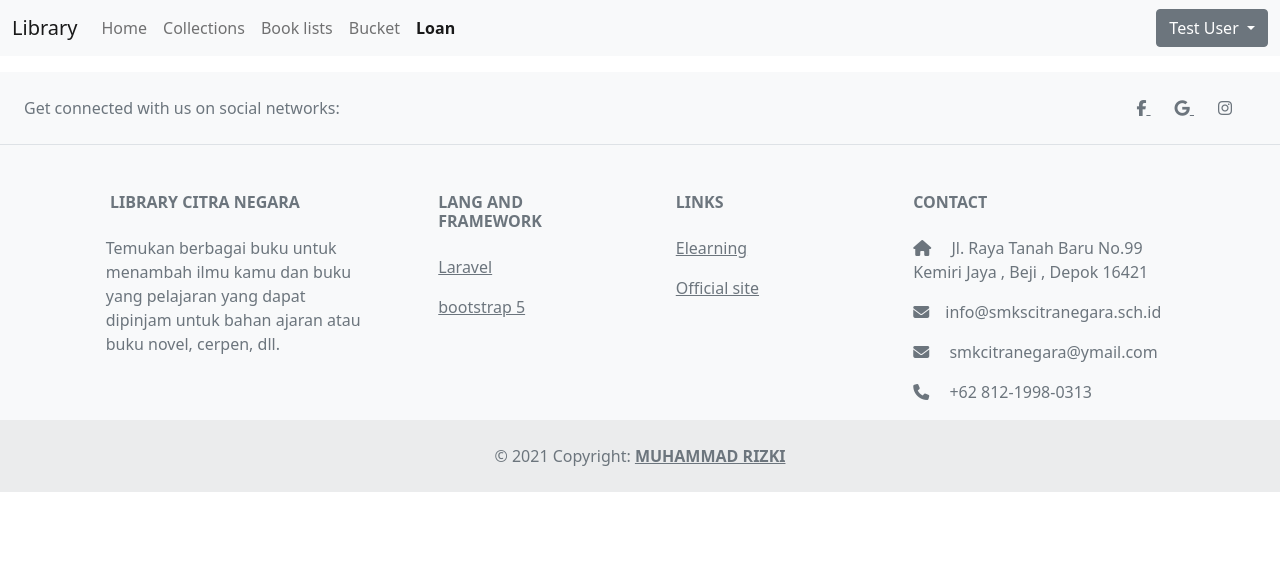
Repository: humanrizki/app-perpus-laravel-8
Page: http://localhost/loan
These files come from the project's save history. The page is drawn as it stood at one moment and after the next save; the edit follows.
The browser window is 1280 px wide. The pictures show the whole page.
Some web libraries are served in a nearby version. The page is served by the project's Laravel application, run on PHP 8.4 with Laravel 8. A made-up administrator, Test User (test@example.com), is signed in. Other server files are loaded and not shown. Queries for data that is not in the repository find no rows.

Above is the page before, as saved 2021-12-01 15:32:08.

### routes/web.php
<?php

use App\Http\Controllers\BucketController;
use App\Http\Controllers\CollectionController;
use App\Http\Controllers\ListsController;
use App\Http\Controllers\LoanController;
use App\Http\Controllers\ProfileController;
use Illuminate\Support\Facades\Route;

/*
|--------------------------------------------------------------------------
| Web Routes
|--------------------------------------------------------------------------
|
| Here is where you can register web routes for your application. These
| routes are loaded by the RouteServiceProvider within a group which
| contains the "web" middleware group. Now create something great!
|
*/

Route::get('/', function () {
    return view('welcome');
});

Auth::routes();

Route::get('/home', [App\Http\Controllers\HomeController::class, 'index'])->name('home');
Route::get('/collections',[CollectionController::class,'index'])->name('collections');
Route::get('/collections/{collection:slug}',[CollectionController::class,'show']);
Route::get('/lists',[ListsController::class,'index'])->name('lists');
Route::get('/lists/{list:slug}',[ListsController::class,'show']);
Route::post('/lists/{list:slug}',[ListsController::class,'store']);
Route::get('/profile',[ProfileController::class,'index'])->name('profile');
Route::get('/profile/{user:username}/edit',[ProfileController::class,'show']);
Route::post('/profile/{user:username}/edit',[ProfileController::class,'update']);
Route::get('/bucket',[BucketController::class,'index'])->name('bucket');
Route::delete('/bucket/{bucket:id}',[BucketController::class,'destroy']);
Route::get('/bucket/{bucket:slug}',[BucketController::class,'show']);
Route::post('/bucket/{bucket:slug}',[BucketController::class,'store']);
Route::get('/loan',[LoanController::class,'index'])->name('loan');

### app/Models/User.php
<?php

namespace App\Models;

use Illuminate\Contracts\Auth\MustVerifyEmail;
use Illuminate\Database\Eloquent\Factories\HasFactory;
use Illuminate\Foundation\Auth\User as Authenticatable;
use Illuminate\Notifications\Notifiable;
use Laravel\Sanctum\HasApiTokens;

class User extends Authenticatable
{
    use HasApiTokens, HasFactory, Notifiable;

    /**
     * The attributes that are mass assignable.
     *
     * @var string[]
     */
    // protected $fillable = [
    //     'name',
    //     'email',
    //     'password',
    // ];
    protected $guarded = ['id'];
    /**
     * The attributes that should be hidden for serialization.
     *
     * @var array
     */
    protected $hidden = [
        'password',
        'remember_token',
    ];

    /**
     * The attributes that should be cast.
     *
     * @var array
     */
    protected $casts = [
        'email_verified_at' => 'datetime',
    ];
}

### app/Http/Controllers/LoanController.php
<?php

namespace App\Http\Controllers;

use App\Models\LoanReport;
use Illuminate\Http\Request;

class LoanController extends Controller
{
    //
    /**
     * Class constructor.
     */
    public function __construct()
    {
        $this->middleware('auth');
    }
    public function index(){
        return view('loan.index',[
            'title'=>'Loan page',
            'loans'=>LoanReport::where('user_id',
                    auth()->user()->id)->get()
        ]);
    }
}

### app/Models/LoanReport.php
<?php

namespace App\Models;

use Illuminate\Database\Eloquent\Factories\HasFactory;
use Illuminate\Database\Eloquent\Model;

class LoanReport extends Model
{
    use HasFactory;
    protected $guarded = ['id'];
    public function book(){
        return $this->belongsTo(Book::class);
    }
    public function admin(){
        return $this->belongsTo(Admin::class);
    }
    public function user(){
        return $this->belongsTo(User::class);
    }
}

### resources/views/loan/index.blade.php
@extends('layouts.capp')
@section('content')
    <div class="container my-3">

    </div>
@endsection

### resources/views/layouts/capp.blade.php
<!doctype html>
<html lang="en">
  <head>
    <meta charset="utf-8" />
    <meta http-equiv="X-UA-Compatible" content="IE=edge,chrome=1" />
    <meta content='width=device-width, initial-scale=1.0, maximum-scale=1.0, user-scalable=0, shrink-to-fit=no' name='viewport' />
    <title>{{ $title }}</title>

    <!--     Fonts and icons     -->
    <link href="https://fonts.googleapis.com/css?family=Montserrat:400,700,200" rel="stylesheet" />
    <script src="https://kit.fontawesome.com/43727f9558.js" crossorigin="anonymous"></script>
    <style>
      *,body{
        margin: 0px;
        padding: 0px;
      }
    </style>
    @if (request()->is('home'))
        <link rel="stylesheet" href="css/home.css">
    @endif
    <link href="https://cdn.jsdelivr.net/npm/bootstrap@5.0.2/dist/css/bootstrap.min.css" rel="stylesheet" integrity="sha384-EVSTQN3/azprG1Anm3QDgpJLIm9Nao0Yz1ztcQTwFspd3yD65VohhpuuCOmLASjC" crossorigin="anonymous">
    {{-- <link rel="stylesheet" href="css/ul.css"> --}}
  </head>
  <body>
    @include('partials.header')
    @yield('content')
    @include('partials.footer')
    <!--   Core JS Files   -->
    <script src="https://cdn.jsdelivr.net/npm/bootstrap@5.0.2/dist/js/bootstrap.bundle.min.js" integrity="sha384-MrcW6ZMFYlzcLA8Nl+NtUVF0sA7MsXsP1UyJoMp4YLEuNSfAP+JcXn/tWtIaxVXM" crossorigin="anonymous"></script>
  </body>
</html>

### resources/views/partials/header.blade.php

<nav class="navbar navbar-expand-lg navbar-light bg-light">
    <div class="container-fluid">
      <a class="navbar-brand" href="/home">Library</a>
      <button class="navbar-toggler" type="button" data-bs-toggle="collapse" data-bs-target="#navbarSupportedContent" aria-controls="navbarSupportedContent" aria-expanded="false" aria-label="Toggle navigation">
        <span class="navbar-toggler-icon"></span>
      </button>
      <div class="collapse navbar-collapse" id="navbarSupportedContent">
        <ul class="navbar-nav me-auto mb-2 mb-lg-0">
          <li class="nav-item">
            <a class="nav-link {{ (request()->is('home')) ? 'active fw-bold':'';}}" aria-current="page" href="/home">Home</a>
          </li>
          <li class="nav-item ">
            <a class="nav-link {{ (request()->is('collections*')) ? 'active fw-bold':'';}}" href="/collections">Collections</a>
          </li>
          <li class="nav-item">
            <a class="nav-link {{ (request()->is('lists*')) ? 'active fw-bold':'';}}" href="/lists">Book lists</a>
          </li>
          <li class="nav-item">
            <a class="nav-link {{ (request()->is('bucket*')) ? 'active fw-bold':'';}}" href="/bucket">Bucket</a>
          </li>
          <li class="nav-item">
            <a class="nav-link {{ (request()->is('loan*')) ? 'active fw-bold':'';}}" href="/loan">Loan</a>
          </li>
        </ul>
        @auth
        <div class="dropdown">
          <button class="btn btn-secondary dropdown-toggle" type="button" id="dropdownMenuButton1" data-bs-toggle="dropdown" aria-expanded="false">
            {{ auth()->user()->name }}
          </button>
          <ul class="dropdown-menu" aria-labelledby="dropdownMenuButton1">
            <li><a class="dropdown-item" href="/profile">Profile</a></li>
            <form action="/logout" method="POST">
              @csrf
              <li class="dropdown-item"><button class="btn btn-danger w-100" type="submit">Logout</button></li>
            </form>
          </ul>
        </div>
        @else
        <div class="container-login">
            <a href="/login" class="btn btn-success">Login</a>
        </div>
        @endauth
      </div>
    </div>
  </nav>

### resources/views/partials/footer.blade.php
<footer class="text-center text-lg-start bg-light text-muted">
    <!-- Section: Social media -->
    <section
      class="d-flex justify-content-center justify-content-lg-between p-4 border-bottom"
    >
      <!-- Left -->
      <div class="me-5 d-none d-lg-block">
        <span>Get connected with us on social networks:</span>
      </div>
      <!-- Left -->

      <!-- Right -->
      <div>
        <a href="https://facebook.com/smkcitranegaraofficial" class="me-4 text-reset">
          <i class="fab fa-facebook-f"></i>
        </a>

        <a href="https://sekolah.data.kemdikbud.go.id/index.php/chome/profil/a3b930a7-c409-426b-a5ab-7aaed2a25c9f" class="me-4 text-reset">
          <i class="fab fa-google"></i>
        </a>
        <a href="https://instagram.com/smkcitranegaradepok/" class="me-4 text-reset">
          <i class="fab fa-instagram"></i>
        </a>

      </div>
      <!-- Right -->
    </section>
    <!-- Section: Social media -->

    <!-- Section: Links  -->
    <section class="">
      <div class="container text-center text-md-start mt-5">
        <!-- Grid row -->
        <div class="row mt-3">
          <!-- Grid column -->
          <div class="col-md-3 col-lg-4 col-xl-3 mx-auto mb-4">
            <!-- Content -->
            <h6 class="text-uppercase fw-bold mb-4">
              <img src="img/logo.png" alt="" width="50"> Library Citra Negara
            </h6>
            <p>
              Temukan berbagai buku untuk menambah ilmu kamu dan buku yang pelajaran
              yang dapat dipinjam untuk bahan ajaran atau buku novel, cerpen, dll.
            </p>
          </div>
          <!-- Grid column -->

          <!-- Grid column -->
          <div class="col-md-2 col-lg-2 col-xl-2 mx-auto mb-4">
            <!-- Links -->
            <h6 class="text-uppercase fw-bold mb-4">
              Lang and Framework
            </h6>
            <p>
              <a href="https://laravel.com" class="text-reset">Laravel</a>
            </p>
            <p>
              <a href="https://getbootstrap.com" class="text-reset">bootstrap 5</a>
            </p>

          </div>
          <!-- Grid column -->

          <!-- Grid column -->
          <div class="col-md-3 col-lg-2 col-xl-2 mx-auto mb-4">
            <!-- Links -->
            <h6 class="text-uppercase fw-bold mb-4">
             links
            </h6>
            <p>
              <a href="http://smkcitranegara.sch.id" class="text-reset">Elearning</a>
            </p>
            <p>
              <a href="https://smkscitranegara.sch.id" class="text-reset">Official site</a>
            </p>
          </div>
          <!-- Grid column -->

          <!-- Grid column -->
          <div class="col-md-4 col-lg-3 col-xl-3 mx-auto mb-md-0 mb-4">
            <!-- Links -->
            <h6 class="text-uppercase fw-bold mb-4">
              Contact
            </h6>
            <p><i class="fas fa-home me-3"></i> Jl. Raya Tanah Baru No.99 Kemiri Jaya , Beji , Depok 16421</p>

                        <p><i class="fas fa-envelope me-3"></i>info@smkscitranegara.sch.id</p>
                    <p><i class="fas fa-envelope me-3"></i>
                    smkcitranegara@ymail.com</p>
            <p><i class="fas fa-phone me-3"></i> +62 812-1998-0313</p>
          </div>
          <!-- Grid column -->
        </div>
        <!-- Grid row -->
      </div>
    </section>
    <!-- Section: Links  -->

    <!-- Copyright -->
    <div class="text-center p-4" style="background-color: rgba(0, 0, 0, 0.05);">
      © 2021 Copyright:
      <a class="text-reset fw-bold" href="https://instagram.com/m.rizki_array">MUHAMMAD RIZKI</a>
    </div>
    <!-- Copyright -->
  </footer>
  <!-- Footer -->

### resources/views/errors/404.blade.php
<!DOCTYPE html>
<html lang="en">
<head>
    <meta charset="UTF-8">
    <meta name="viewport" content="width=device-width, initial-scale=1.0">
    <meta http-equiv="X-UA-Compatible" content="ie=edge">
    <link rel="stylesheet" href="/css/sb-admin-2.min.css">
    <title>404 - Page not found</title>
</head>
<body>
    <div class="container-fluid d-flex align-items-center justify-content-center" style="height: 100vh;">
        <!-- 404 Error Text -->
        <div class="text-center">
            <div class="error mx-auto" data-text="404">404</div>
            <p class="lead text-gray-800 mb-5">Page Not Found</p>
            <p class="text-gray-500 mb-0">It looks like you found an error in the search...</p>
            <a href="/">&larr; Back to Home</a>
        </div>

    </div>
</body>
</html>

Loaded but not shown: app/Providers/AppServiceProvider.php (common file); app/Http/Controllers/Auth/ConfirmPasswordController.php (common file); app/Http/Controllers/Controller.php (common file)

After the next save:
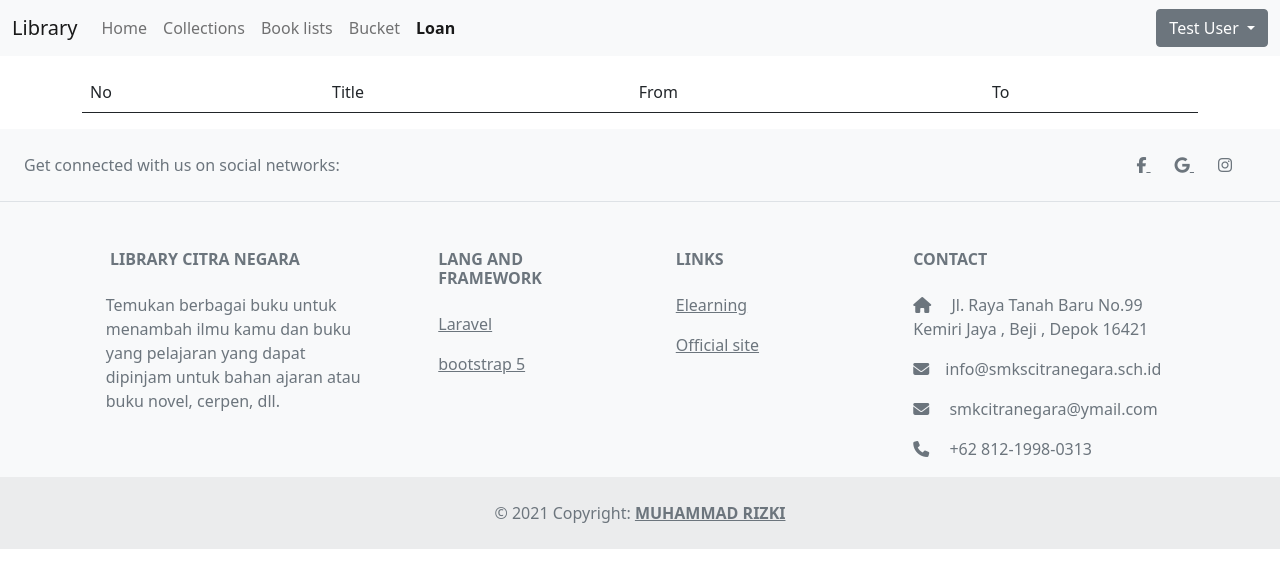
Saved 2 min 14 s later.
--- a/resources/views/loan/index.blade.php
+++ b/resources/views/loan/index.blade.php
@@ -1,6 +1,24 @@
 @extends('layouts.capp')
 @section('content')
     <div class="container my-3">
-
+        <table class="table table-striped">
+            <thead>
+                <tr>
+                    <td>No</td>
+                    <td>Title</td>
+                    <td>From</td>
+                    <td>To</td>
+                </tr>
+            </thead>
+            <tbody>
+                @foreach ($loans as $loan)
+                    <tr>
+                        <td>{{ $loop->iteration }}</td>
+                        <td>{{ $loan->bucket->detail->title }}</td>
+                        <td>{{ $loop->iteration }}</td>
+                    </tr>
+                @endforeach
+            </tbody>
+        </table>
     </div>
 @endsection
